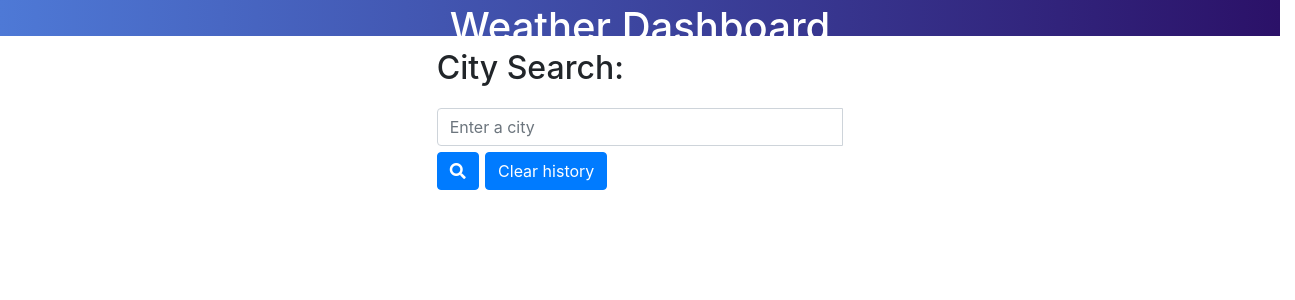
Repository: brenhamp/weather-dashboard
Page: index.html
These files come from the project's save history. The page is drawn as it stood at one moment and after the next save; the edit follows.
The browser window is 1280 px wide. The page is 1295 px wide, so the pictures cover 1295 px, including what lies to the right of the window. The pictures show the whole page.
Some web libraries are served in a nearby version.

Above is the page before, as saved 2021-12-12 21:04:54.

After the next save:
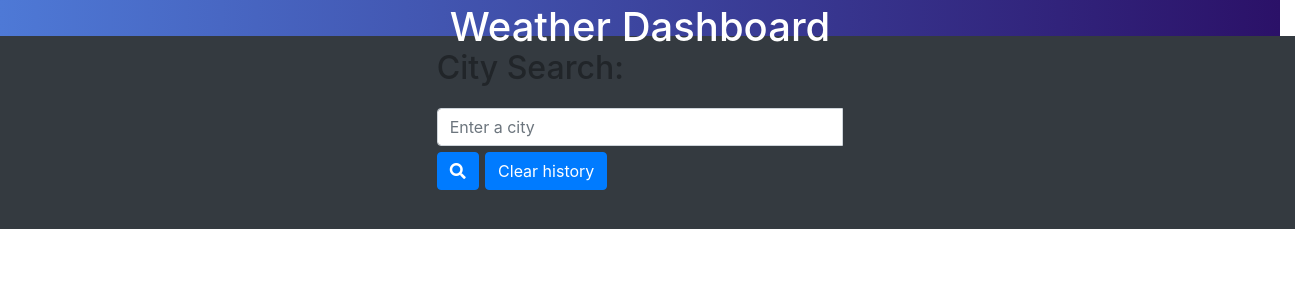
Saved 21 s later.
--- a/index.html
+++ b/index.html
@@ -14,7 +14,7 @@
         <h1>Weather Dashboard</h1>
     </header>
 
-    <div class="row">
+    <div class="row bg-dark">
         <div class="col-lg-4">
             <h2>City Search:</h2>
             <div class="input-group">

After the save that followed:
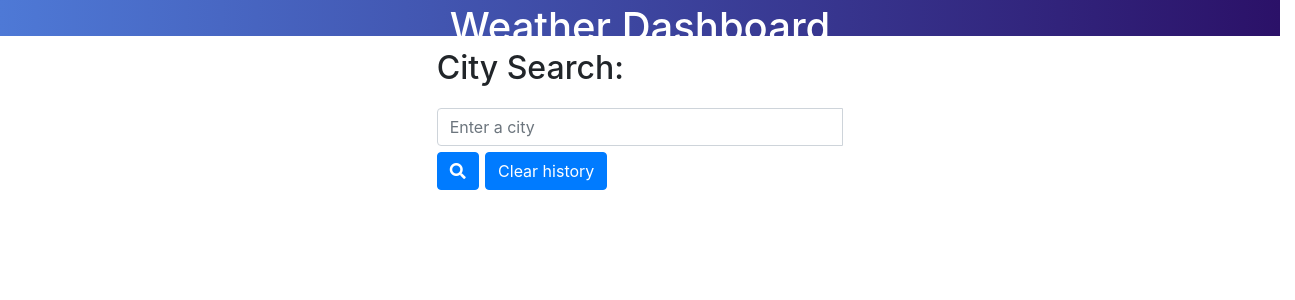
Saved 11 s later.
--- a/index.html
+++ b/index.html
@@ -14,7 +14,7 @@
         <h1>Weather Dashboard</h1>
     </header>
 
-    <div class="row bg-dark">
+    <div class="row">
         <div class="col-lg-4">
             <h2>City Search:</h2>
             <div class="input-group">
